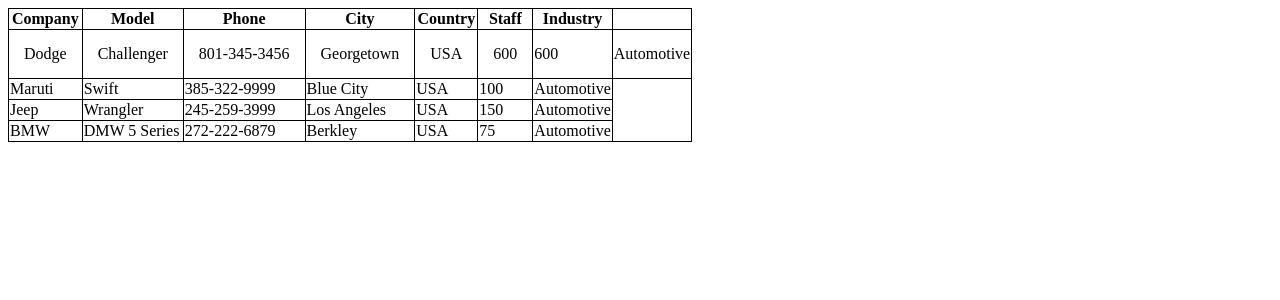
Repository: vgoins-RA2022/HTML-2
Page: index.html
These files come from the project's save history. The page is drawn as it stood at one moment and after the next save; the edit follows.
The browser window is 1280 px wide. The pictures show the whole page.

Above is the page before, as saved 2023-01-21 22:25:44.

After the next save:
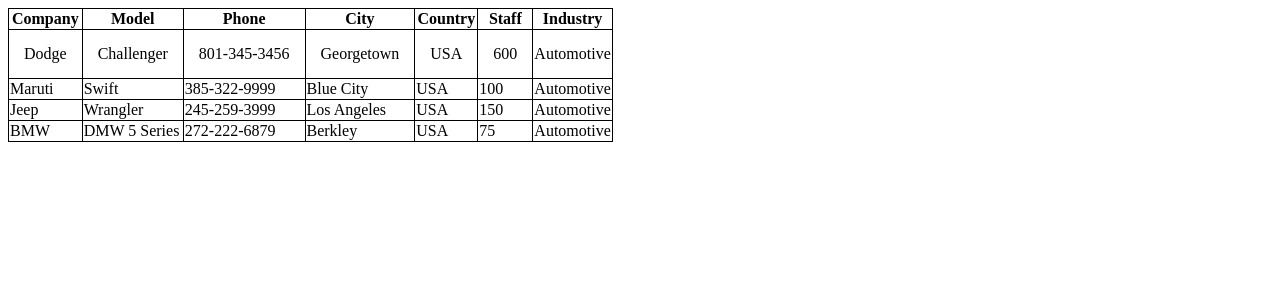
Saved 6 s later.
--- a/index.html
+++ b/index.html
@@ -32,7 +32,6 @@
         <td class="table-cell-padding">Georgetown</td>
         <td class="table-cell-padding">USA</td>
         <td class="table-cell-padding">600</td>
-        <td>600</td>
         <td>Automotive</td>
       </tr>
        <tr>
